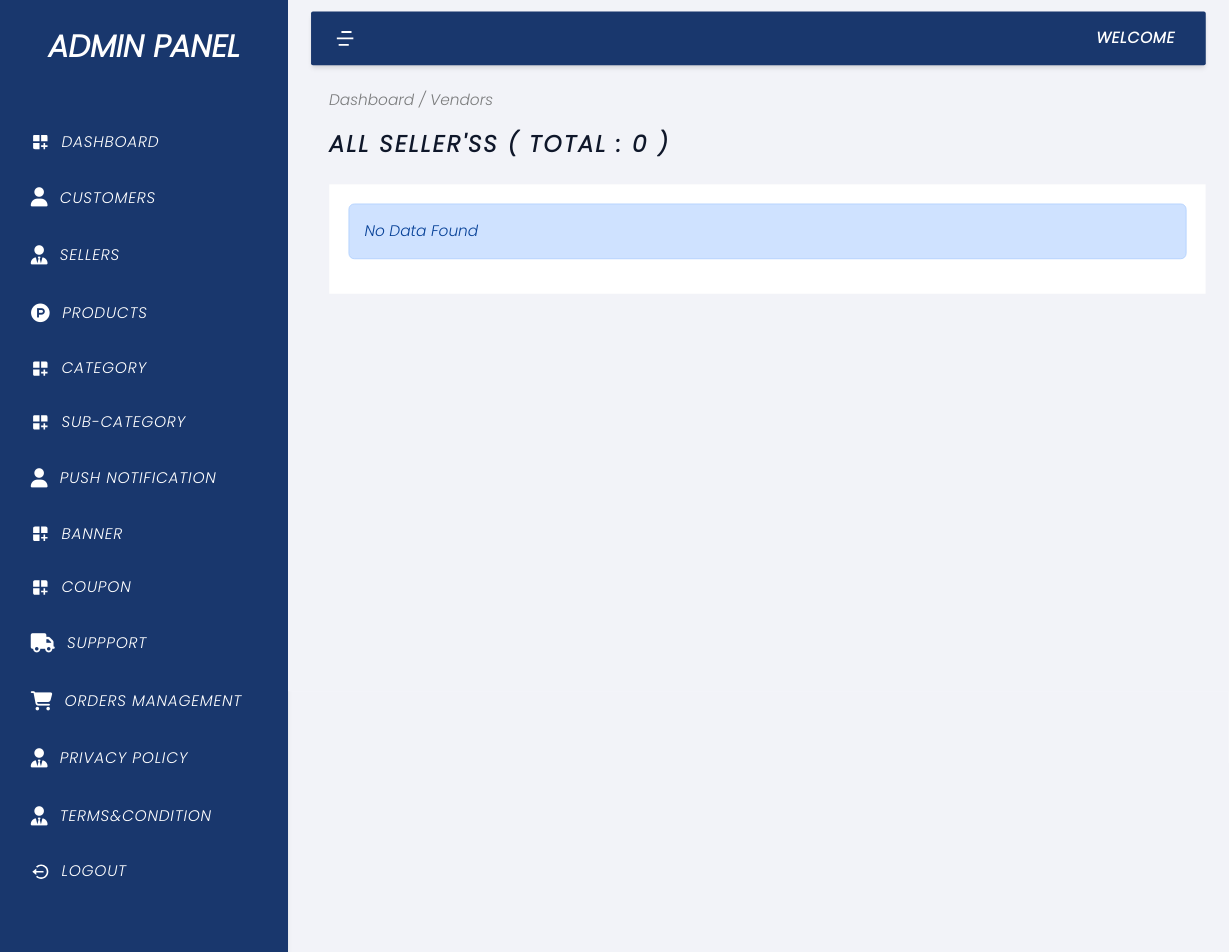
Repository: shishpal2000/admin.aschpro
Page: /VendorList
The author's editor kept a copy of each file at every save. The page is drawn from the files as they stood at one save, then again after the next save.
The browser window is 1280 px wide. The pictures show the whole page, at 96% of full size.
Some web libraries are served in a nearby version. The project was rebuilt for these pictures with package versions that can differ from the ones it lists, and the page was loaded fresh each time. Also part of the build but not shown: src/E-CommerceAdmin/forms/Login.jsx, src/E-CommerceAdmin/pages/Dashboard.jsx, src/E-CommerceAdmin/pages/ECategory.js, src/E-CommerceAdmin/pages/EProduct.js, src/E-CommerceAdmin/pages/EAdminOrders.js, src/E-CommerceAdmin/pages/EAdminDelivery.js, src/E-CommerceAdmin/pages/EAdminCustomer.js, src/E-CommerceAdmin/pages/ESubCategory.js and 5 more. Imported but missing from the stored project, and not drawn on this page: src/E-CommerceAdmin/pages/Complaints, src/E-CommerceAdmin/pages/Component/SpinnerComp, src/E-CommerceAdmin/pages/EAdmin, src/E-CommerceAdmin/pages/EAdminProduct, src/E-CommerceAdmin/pages/ESingleProduct, src/E-CommerceAdmin/pages/GetMeThis, src/E-CommerceAdmin/pages/HelpSupport.

Above is the page before, as saved 2023-06-28 14:57:14.

### public/index.html
<!-- @format -->

<!DOCTYPE html>
<html lang="en">
  <head>
    <meta charset="utf-8" />
    <meta name="viewport" content="width=device-width, initial-scale=1" />
    <meta name="theme-color" content="#000000" />
    <meta
      name="description"
      content="Web site created using create-react-app"
    />
    <link rel="icon" href="%PUBLIC_URL%/favicon.png" />
    <link rel="manifest" href="%PUBLIC_URL%/manifest.json" />
    <link rel="preconnect" href="https://fonts.googleapis.com">
<link rel="preconnect" href="https://fonts.gstatic.com" crossorigin>
<link href="https://fonts.googleapis.com/css2?family=Roboto+Mono:ital,wght@1,300&display=swap" rel="stylesheet">
    <title>Subharambh</title>
  </head>
  <body>
    <noscript>You need to enable JavaScript to run this app.</noscript>
    <div id="root"></div>
    <script src="https://code.jquery.com/jquery-3.6.0.min.js"></script>
    <script src="https://kit.fontawesome.com/b533b351e4.js" crossorigin="anonymous"></script>
    <script type="module" src="https://unpkg.com/ionicons@7.1.0/dist/ionicons/ionicons.esm.js"></script>
<script nomodule src="https://unpkg.com/ionicons@7.1.0/dist/ionicons/ionicons.js"></script>
  </body>
</html>

### src/index.js
import React from "react";
import ReactDOM from "react-dom/client";
import "./index.css";
import App from "./App";
import { BrowserRouter } from "react-router-dom";
import 'bootstrap/dist/css/bootstrap.min.css'

const root = ReactDOM.createRoot(document.getElementById("root"));
root.render(
  <React.StrictMode>
    <BrowserRouter>
      <App />
    </BrowserRouter>
  </React.StrictMode>
);

### src/index.css
/** @format */

@tailwind base;
@tailwind components;
@tailwind utilities;

@import url("https://fonts.googleapis.com/css2?family=Roboto+Mono:ital,wght@1,300&display=swap");
@font-face {
  font-family: Roboto;
  src: url("./Fonts/Poppins-LightItalic.ttf");
}

body {
  margin: 0;
  font-family: Roboto !important;
  -webkit-font-smoothing: antialiased;
  -moz-osx-font-smoothing: grayscale;
}

code {
  font-family: Roboto !important;
}

html {
  font-family: Roboto !important;
}

::-webkit-scrollbar {
  width: 10px;
}
.fa-trash {
  color: red;
  cursor: pointer;
}

.iCOn {
  transition: 0.5s;
  box-shadow: none;
  transform: scale(1);
}
.cardDiv {
  cursor: pointer;
}

.cardDiv:hover .iCOn {
  box-shadow: rgba(0, 0, 0, 0.35) 0px 5px 15px;
  transform: scale(1.3);
}

/* Track */
::-webkit-scrollbar-track {
  background: #f1f1f1;
}

/* Handle */
::-webkit-scrollbar-thumb {
  background: #888;
}

/* Handle on hover */
::-webkit-scrollbar-thumb:hover {
  background: #555;
}
.profileImage {
  width: 100px;
}
.fa-eye {
  color: #029aff;
  cursor: pointer;
}
.fa-edit {
  cursor: pointer;
  color: blue;
}

.View {
  border: 1px solid black;
  width: 100%;
  padding: 10px;
}

.main-card--container {
  display: grid;
  grid-template-columns: repeat(3, minmax(300px, 500px));
  grid-gap: 50px;
  justify-content: space-around;
}
.card-container {
  margin: 25px 0 auto;
  box-shadow: rgba(0, 0, 0, 0.35) 0px 5px 15px;
  position: relative;
  display: grid;
  grid-template-columns: 1fr;
  justify-content: space-around;
  align-items: flex-start;
}

.myEdit:focus {
  box-shadow: rgba(0, 0, 0, 0.35) 0px 5px 15px;
}

.AstroLogin {
  color: #fff;
  background-color: #2b7a8e;
  padding: 10px;
  width: 380px;
  text-align: center;
  font-size: 20px;
  background: linear-gradient(to left, #2b7a8e 50%, #fff 50%) right;
  background-size: 200%;
  transition: 0.5s ease-out;
  border: 1px solid #2b7a8e;
  margin-top: 10px;
  text-transform: uppercase;
}
.AstroLogin:hover {
  background-position: left;
  color: #2b7a8e;
}

.EcommerceAdminLogin {
  color: #fff;
  background-color: #19376d;
  padding: 10px;
  width: 380px;
  text-align: center;
  font-size: 20px;
  background: linear-gradient(to left, #19376d 50%, #fff 50%) right;
  background-size: 200%;
  transition: 0.5s ease-out;
  border: 1px solid #19376d;
  margin-top: 10px;
  text-transform: uppercase;
}

.EcommerceAdminLogin:hover {
  background-position: left;
  color: #19376d;
}
.EcommerceVendorLogin {
  color: #fff;
  background-color: #576cbc;
  padding: 10px;
  width: 380px;
  text-align: center;
  font-size: 20px;
  background: linear-gradient(to left, #576cbc 50%, #fff 50%) right;
  background-size: 200%;
  transition: 0.5s ease-out;
  border: 1px solid #576cbc;
  margin-top: 10px;
  text-transform: uppercase;
}

.EcommerceVendorLogin:hover {
  background-position: left;
  color: #576cbc;
}

.view {
  background-color: #2196f3;
  color: #fff;
  width: 50%;
  padding: 5px;
}

.two-sec {
  display: flex;
  justify-content: space-evenly;
  justify-content: space-evenly;
}
.two-sec .left {
  width: 60%;
  background-color: #f6f1ef;
  padding: 20px;
}
.two-sec .left .head {
  font-size: 25px;
  font-weight: bold;
}

.two-sec .right {
  width: 30%;
  background-color: #f6f1ef;
}

.searchDiv {
  width: 100%;
  display: flex;
  gap: 10px;
  border: 1px solid rgb(179, 179, 179);
  padding: 10px;
  margin-bottom: 20px;
  align-items: center;
}
.searchDiv input {
  width: 94%;
  outline: none;
  border: none;
}

.flexCont {
  display: flex;
  align-items: center;
  gap: 10px;
}
.flexCont img {
  width: 60px;
  background-color: #e9ecef;
}

.blockContent {
  display: block;
}
.blockContent p {
  margin: 0;
}

.checkBox {
  width: 50px;
  height: 25px;
  background-color: #e9ecef;
  border-radius: 50px;
  position: relative;
  cursor: pointer;
}
.checkBox span {
  width: 20px;
  height: 20px;
  border-radius: 100%;
  background-color: #fff;
  position: absolute;
  left: 5px;
  top: 2px;
}
.ActivecheckBox {
  width: 50px;
  height: 25px;
  background-color: #0d6efd;
  border-radius: 50px;
  position: relative;
  cursor: pointer;
}
.ActivecheckBox span {
  width: 20px;
  height: 20px;
  border-radius: 100%;
  background-color: #fff;
  position: absolute;
  right: 5px;
  top: 2px;
}

.fa-eye {
  color: #0cba73;
  background-color: #d6f8e8;
  width: 40px;
  text-align: center;
  height: 40px;
  display: flex;
  border-radius: 100%;
  justify-content: center;
  padding-top: 10px;
  transition: 0.5s;
}

.fa-pen-to-square {
  color: #f4c39c;
  background-color: #ffebdb;
  width: 40px;
  text-align: center;
  height: 40px;
  display: flex;
  border-radius: 100%;
  justify-content: center;
  padding-top: 10px;
  cursor: pointer;
  transition: 0.5s;
}
.fa-trash {
  color: #df939f;
  background-color: #ffe1e8;
  width: 40px;
  text-align: center;
  height: 40px;
  display: flex;
  border-radius: 100%;
  justify-content: center;
  padding-top: 10px;
  cursor: pointer;
  transition: 0.5s;
}
.fa-trash:hover {
  transform: scale(1.2);
}
.fa-eye:hover {
  transform: scale(1.2);
}
.fa-pen-to-square:hover {
  transform: scale(1.2);
}
.required {
  color: #e74260;
}

.headP {
  margin-left: 2%;
  color: #7b7c7d;
}
.filterBox {
  display: flex;
  align-items: center;
  gap: 10px;
  border-bottom: 1px solid #d4d7dc;
  padding-bottom: 20px;
  margin-bottom: 20px;
}
.filterBox img {
  width: 30px;
}
.filterBox input {
  width: 100%;
  border: 1px solid #d4d7dc;
  outline: none;
  padding: 5px;
  color: black;
}
.sectionCont {
  width: 98%;
  background-color: #fff;
  margin-left: 2%;
  padding: 20px;
}

.overFlowCont {
  width: 100%;
  overflow-x: auto;
}

.logo {
  width: auto;
  margin-bottom: 20px;
}

.updateProfile {
  margin-left: 20px;
  border: 1px solid #fff;
  border-radius: 100%;
  font-size: 1.2rem;
  padding: 10px;
  transition: 0.5s;
  cursor: pointer;
}
.updateProfile:hover {
  border: 1px solid #19376d;
  color: #19376d;
  background-color: #fff;
}

.Normalbtn {
  background-color: #19376d !important;
  border: 1px solid #19376d !important;
  border-radius: 0px !important;
}

.ImageCarousel {
  width: 150px !important;
  margin: 0px !important;
  height: 150px !important;
}
.CarouselImages {
  width: 150px !important;
  height: 150px !important;
}
.CarouselImages img {
  width: 100% !important;
  height: 100% !important;
}

.ModalCarousel {
  width: 100% !important;
  height: 500px !important;
}
.ModalCarousel {
  width: 100% !important;
  height: 500px !important;
}
.ModalCarousel img {
  width: 100% !important;
  height: 500px !important;
}

.gridCont {
  display: grid;
  grid-template-columns: auto auto auto;
  justify-content: space-evenly;
}
.gridCont div {
  width: 400px;
  height: 300px;
  box-shadow: rgba(0, 0, 0, 0.35) 0px 5px 15px;
  padding: 10px;
  position: relative;
  margin-top: 20px;
}
.gridCont div img {
  width: 100%;
}
.delete-Btn {
  width: 90%;
  margin-left: 2%;
  color: #c44b3f;
  border: 1px solid #c44b3f;
  position: absolute;
  bottom: 10px;
  transition: 0.5s;
  padding: 10px;
}

.delete-Btn:hover {
  background-color: #c44b3f;
  color: #fff;
}

.BannerCarousel {
  width: 300px;
  margin: 0px !important;
}
.BannerCarouselImage {
  width: 300px;
}
.BannerCarouselImage img {
  width: 100%;
}

.pagination {
  display: flex;
  justify-content: center;
  align-items: center;
  gap: 10px;
  margin-bottom: 20px;
}
.pagination button {
  border: 1px solid black;
  padding: 10px;
}

.activePage {
  background-color: #19376d;
  color: #fff;
  border: 1px solid #19376d !important;
}

.active {
  background-color: #fff;
  color: #19376d !important;
}
.prevBtn {
  background-color: #fff;
  color: #19376d;
  border: 1px solid #19376d !important;
  transition: 0.5s;
}

.prevBtn:hover,
.prevBtn:focus,
.prevBtn:active {
  background-color: #19376d;
  color: #fff;
  border: 1px solid #19376d !important;
}
.nextBtn {
  background-color: #fff;
  color: #19376d;
  border: 1px solid #19376d !important;
  transition: 0.5s;
}

.nextBtn:hover,
.nextBtn:focus,
.nextBtn:active {
  background-color: #19376d;
  color: #fff;
  border: 1px solid #19376d !important;
}

.dangerBox {
  position: relative;
}
.dangerBox i {
  position: absolute;
  top: 50%;
  left: 90%;
  transform: translate(-50%, -50%);
  cursor: pointer;
}

### src/E-CommerceAdmin/pages/EVendorList.js
/** @format */
import axios from "axios";
import React, { useEffect, useState } from "react";
import { Alert, Badge, Button, Form, Modal, Table } from "react-bootstrap";
import { toast } from "react-toastify";
import HOC from "../layout/HOC";

const EVendorList = () => {
  const [data, setData] = useState([]);
  const [modalShow, setModalShow] = React.useState(false);

    // Pagination and Filter
    const [query, setQuery] = useState("");
    const [currentPage2, setCurrentPage2] = useState(1);
    const [postPerPage2] = useState(10);
    const lastPostIndex2 = currentPage2 * postPerPage2;
    const firstPostIndex2 = lastPostIndex2 - postPerPage2;

    let pages2 = [];

    const TotolData = query
      ? data?.filter(
          (i) =>
            i?.name?.toLowerCase().includes(query?.toLowerCase()) ||
            i?.email?.toLowerCase().includes(query?.toLowerCase())
        )
      : data;

    useEffect(() => {
      if (query) {
        setCurrentPage2(1);
      }
    }, [query]);

    const slicedData = TotolData?.slice(firstPostIndex2, lastPostIndex2);

    for (let i = 1; i <= Math.ceil(TotolData?.length / postPerPage2); i++) {
      pages2.push(i);
    }

    function Next() {
      setCurrentPage2(currentPage2 + 1);
    }

    function Prev() {
      if (currentPage2 !== 1) {
        setCurrentPage2(currentPage2 - 1);
      }
    }







  return (
    <>


      <p className="headP">Dashboard / Vendors</p>
      <div
        className="pb-4 sticky top-0  w-full flex justify-between items-center"
        style={{ width: "98%", marginLeft: "2%" }}
      >
        <span
          className="tracking-widest text-slate-900 font-semibold uppercase "
          style={{ fontSize: "1.5rem" }}
        >
          All Seller'ss ( Total : {data?.length} )
        </span>
      </div>

      <section className="sectionCont">
        {data?.length === 0 || !data ? (
          <Alert>No Data Found</Alert>
        ) : (
          <>
            <div className="filterBox">
              <img
                src="https://t4.ftcdn.net/jpg/01/41/97/61/360_F_141976137_kQrdYIvfn3e0RT1EWbZOmQciOKLMgCwG.jpg"
                alt=""
              />
              <input
                type="search"
                placeholder="Start typing to search for Customers"
                onChange={(e) => setQuery(e.target.value)}
              />
            </div>

            <div className="overFlowCont">
              <Table>
                <thead>
                  <tr>
                    <th>SNo.</th>
                    <th>Name</th>
                    <th>Email Address</th>
                    <th>Role</th>
                    <th>Phone Number</th>
                    <th>Options</th>
                  </tr>
                </thead>
                <tbody>
                  {slicedData?.map((i, index) => (
                    <tr key={index}>
                      <td>#{index + 1} </td>
                      <td> {i.name} </td>
                      <td> {i.email} </td>
                      <td>
                        <Badge bg="success">{i.role}</Badge>
                      </td>
                      <td> {i.phone} </td>
                      <td>
                        <i
                          className="fa-solid fa-trash"

                        />
                      </td>

                    </tr>
                  ))}
                </tbody>
              </Table>

                {/* Pagination */}
                <div className="pagination">
                <button onClick={() => Prev()} className="prevBtn">
                  <i className="fa-solid fa-backward"></i>
                </button>
                {currentPage2 === 1 ? (
                  ""
                ) : (
                  <button onClick={() => setCurrentPage2(1)}>1</button>
                )}

                {pages2
                  ?.slice(currentPage2 - 1, currentPage2 + 3)
                  .map((i, index) =>
                    i === pages2?.length ? (
                      ""
                    ) : (
                      <button
                        key={index}
                        onClick={() => setCurrentPage2(i)}
                        className={currentPage2 === i ? "activePage" : ""}
                      >
                        {" "}
                        {i}{" "}
                      </button>
                    )
                  )}

                <button onClick={() => setCurrentPage2(pages2?.length)} className={currentPage2 === pages2?.length ? "activePage" : ""} >
                  {" "}
                  {pages2?.length}{" "}
                </button>

                {currentPage2 === pages2?.length ? (
                  ""
                ) : (
                  <button onClick={() => Next()} className="nextBtn">
                    {" "}
                    <i className="fa-sharp fa-solid fa-forward"></i>
                  </button>
                )}
              </div>
            </div>
          </>
        )}
      </section>
    </>
  );
};

export default HOC(EVendorList);

### src/E-CommerceAdmin/layout/HOC.jsx
/** @format */

import React, { useState } from "react";
import Navbar from "./Navbar";
import Sidebar from "./Sidebar";

const HOC = (Wcomponenet) => {
  return function Component() {
    const [hamb, setHamb] = useState(false);
    return (
      <>
        <section
          className="flex overflow-x-hidden relative "
          style={{ backgroundColor: "#f2f3f8" }}
        >
          {/* Sidebar */}
          <div
            className={
              hamb
                ? " absolute top-0 z-30 md:w-auto shadow-md bg-slate-200  w-60 transition-all md:-left-full left duration-150  h-auto overflow-y-auto  left-0 "
                : " md:w-72 z-30 bg-slate-200  shadow-md  md:static absolute top-0 -left-full   transition-all duration-150  overflow-y-auto h-auto"
            }
            style={{ minWidth: "300px" }}
          >
            <Sidebar hamb={hamb} setHamb={setHamb} />
          </div>
          {/* Components & Navbar */}
          <div
            className={
              hamb
                ? " transition-all px-4 py-2  duration-150 w-full h-screen"
                : " w-full h-screen  px-4 py-2   z-50 transition-all duration-150 "
            }
            style={{ backgroundColor: "#f2f3f8" }}
          >
            <Navbar hamb={hamb} setHamb={setHamb} />
            <div className="my-6 text-#000 h-[87%] wcomp overflow-y-auto">
              {" "}
              <Wcomponenet />
            </div>
          </div>
        </section>
      </>
    );
  };
};

export default HOC;

### src/E-CommerceAdmin/layout/Navbar.jsx
/** @format */

import { RiMenu4Line } from "react-icons/ri";

const Navbar = ({ hamb, setHamb }) => {
  const AdminName = localStorage.getItem("AdminName")
  return (
    <>
      <div
        className={
          hamb
            ? "flex  w-full justify-between  my-1 rounded-sm  p-4 py-3 shadow-md items-center  bg-slate-200 space-x-4"
            : "flex  w-full justify-between my-1 rounded-sm  p-4 py-3 shadow-md items-center  bg-slate-200 space-x-4"
        }
        style={{ backgroundColor: "#19376d" }}
      >
        <RiMenu4Line
          onClick={() => setHamb(!hamb)}
          className="text-2xl font-bold text-gray-900 hover:scale-90 cursor-pointer"
          style={{ color: "#fff" }}
        />

        <section className="flex sm:ml-auto justify-end sm:w-full items-center space-x-2  pr-2">
          <figcaption className="tracking-wider pl-1 font-semibold">
            <div
              className="lg:text-base text-sm text-gray-900  uppercase"
              style={{ color: "#fff" }}
            >
              Welcome {AdminName}
            </div>
          </figcaption>
        </section>
      </div>
    </>
  );
};

export default Navbar;

### src/E-CommerceAdmin/layout/Sidebar.jsx
/** @format */

import React from "react";
import { RiCloseLine } from "react-icons/ri";
import { Link, useNavigate } from "react-router-dom";
import { BiLogOutCircle } from "react-icons/bi";
import { MdDashboardCustomize } from "react-icons/md";

const Sidebar = ({ hamb, setHamb }) => {
  const navigate = useNavigate();

  const nav = [
    {
      icon: <MdDashboardCustomize className="text-xl mr-3 rounded-full " />,
      link: "/dashboard ",
      name: "Dashboard",
    },

    {
      icon: (
        <i className="fa-solid fa-user text-xl mr-3 rounded-full"></i>
      ),
      link: "/Customer",
      name: "Customers",
    },
    {
      icon: <i className="fa-solid fa-user-tie text-xl mr-3 rounded-full"></i>,
      link: "/VendorList",
      name: "Sellers",
    },
    {
      icon: (
    <i className="fa-brands fa-product-hunt text-xl mr-3 rounded-full"></i>
      ),
      link: "/Product",
      name: "Products",
    },
    {
      icon: <MdDashboardCustomize className="text-xl mr-3 rounded-full " />,
      link: "/Category",
      name: "Category",
    },

    {
      icon: <MdDashboardCustomize className="text-xl mr-3 rounded-full " />,
      link: "/SubCategory",
      name: "Sub-Category",
    },
    {
      icon: <i className="fa-solid fa-user text-xl mr-3 rounded-full"></i>,
      link: "/pushNotification",
      name: "Push Notification",
    },

    {
      icon: <MdDashboardCustomize className="text-xl mr-3 rounded-full " />,
      link: "/banner",
      name: "Banner",
    },
    {
      icon: <MdDashboardCustomize className="text-xl mr-3 rounded-full " />,
      link: "/coupon",
      name: "Coupon",
    },

    {
      icon: <i className="fa-solid fa-truck  text-xl mr-3 rounded-full"></i>,
      link: "/Support",
      name: "Suppport",
    },
    {
      icon: (
        <i className="fa-solid fa-cart-shopping text-xl mr-3 rounded-full"></i>
      ),
      link: "/Orders",
      name: "Orders Management",
    },

    {
      icon: <i className="fa-solid fa-user-tie text-xl mr-3 rounded-full"></i>,
      link: "/privacy",
      name: "Privacy Policy",
    },
    {
      icon: <i className="fa-solid fa-user-tie text-xl mr-3 rounded-full"></i>,
      link: "/terms",
      name: "Terms&Condition",
    }
  ];

  const logOut = () => {
    localStorage.clear()
    navigate("/");
  };

  return (
    <>
      <aside
        className="p-4 h-auto"
        style={{ backgroundColor: "#19376d", minHeight: "100vh" }}
      >
        {/* Top */}
        <div className="w-full md:hidden relative  p-2 mb-4">
          <RiCloseLine
            onClick={() => setHamb(!hamb)}
            className="text-3xl  absolute top-2 sm:hover:rotate-[228deg] transition-transform font-bold right-2 sm:hover:text-[22px] text-[rgb(241,146,46)] cursor-pointer"
          />
        </div>{" "}
        <figure className="flex  flex-col items-center">
          <span
            className="font-bold text-[#fff]"
            style={{
              fontSize: "2rem",
              textAlign: "center",
              textTransform: "uppercase",
            }}
          >
            {" "}
            ADMIN PANEL
          </span>
        </figure>
        <nav className="py-6">
          {nav.map((nav) => {
            return (
              <Link
                to={nav.link}
                key={nav.name}
                className=""
                style={{ textDecoration: "none", textTransform: "uppercase" }}
              >
                <span
                  className="flex my-3 items-center cursor-pointer text-gray-900    tracking-wider p-2 rounded-sm"
                  style={{ color: "#FFF" }}
                >
                  {nav.icon} {nav.name}
                </span>
              </Link>
            );
          })}
          <span
            className="flex my-3 items-center cursor-pointer text-gray-900    tracking-wider p-2 rounded-sm"
            onClick={() => logOut()}
            style={{ color: "#FFF", textTransform: "uppercase" }}
          >
            <BiLogOutCircle className="text-xl mr-3 rounded-full " /> LogOut
          </span>
        </nav>
      </aside>
    </>
  );
};

export default Sidebar;

Loaded but not shown: tailwind.config.js (common file); src/App.js (69 lines, source omitted)

After the next save:
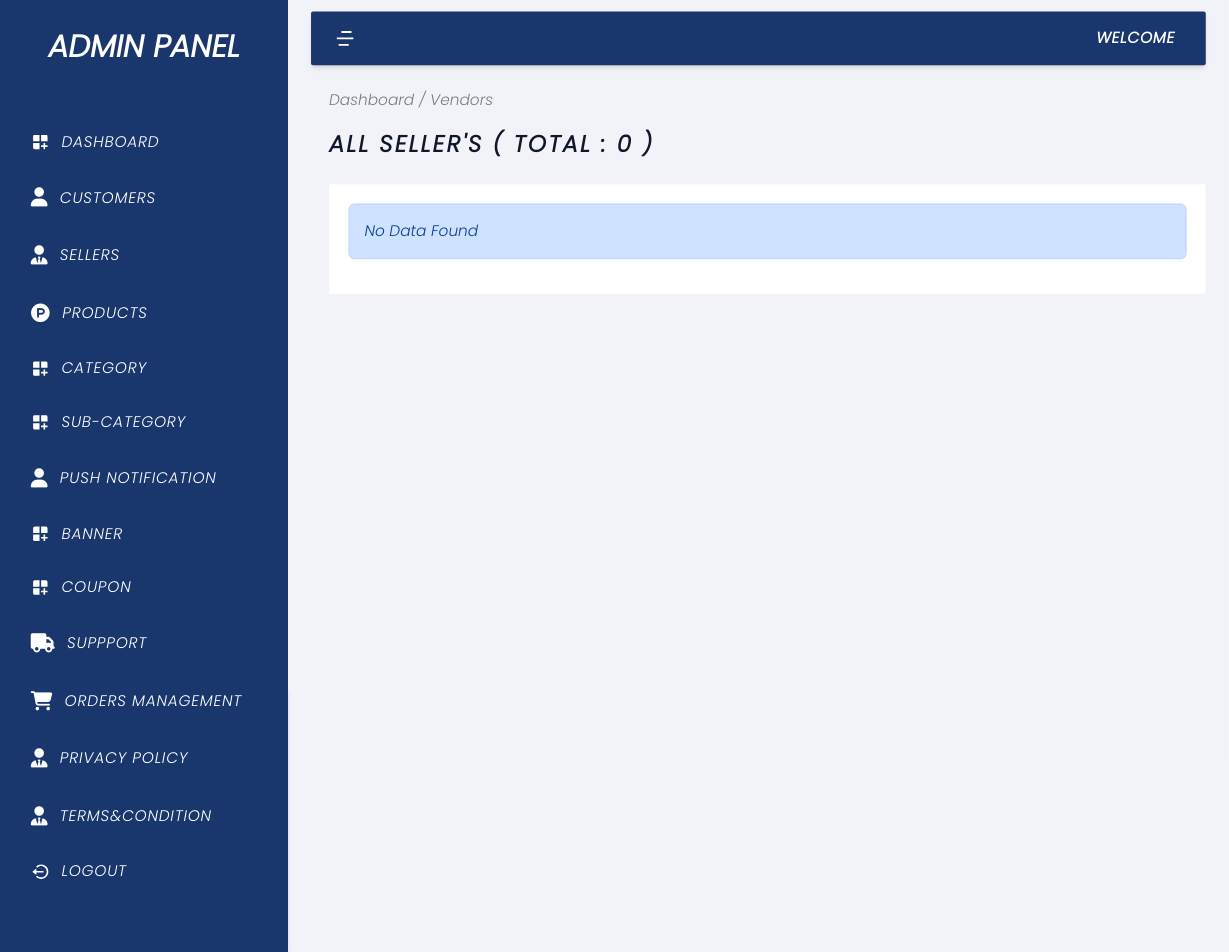
Saved 8 s later.
--- a/src/E-CommerceAdmin/pages/EVendorList.js
+++ b/src/E-CommerceAdmin/pages/EVendorList.js
@@ -67,7 +67,7 @@ const EVendorList = () => {
           className="tracking-widest text-slate-900 font-semibold uppercase "
           style={{ fontSize: "1.5rem" }}
         >
-          All Seller'ss ( Total : {data?.length} )
+          All Seller's ( Total : {data?.length} )
         </span>
       </div>
 
